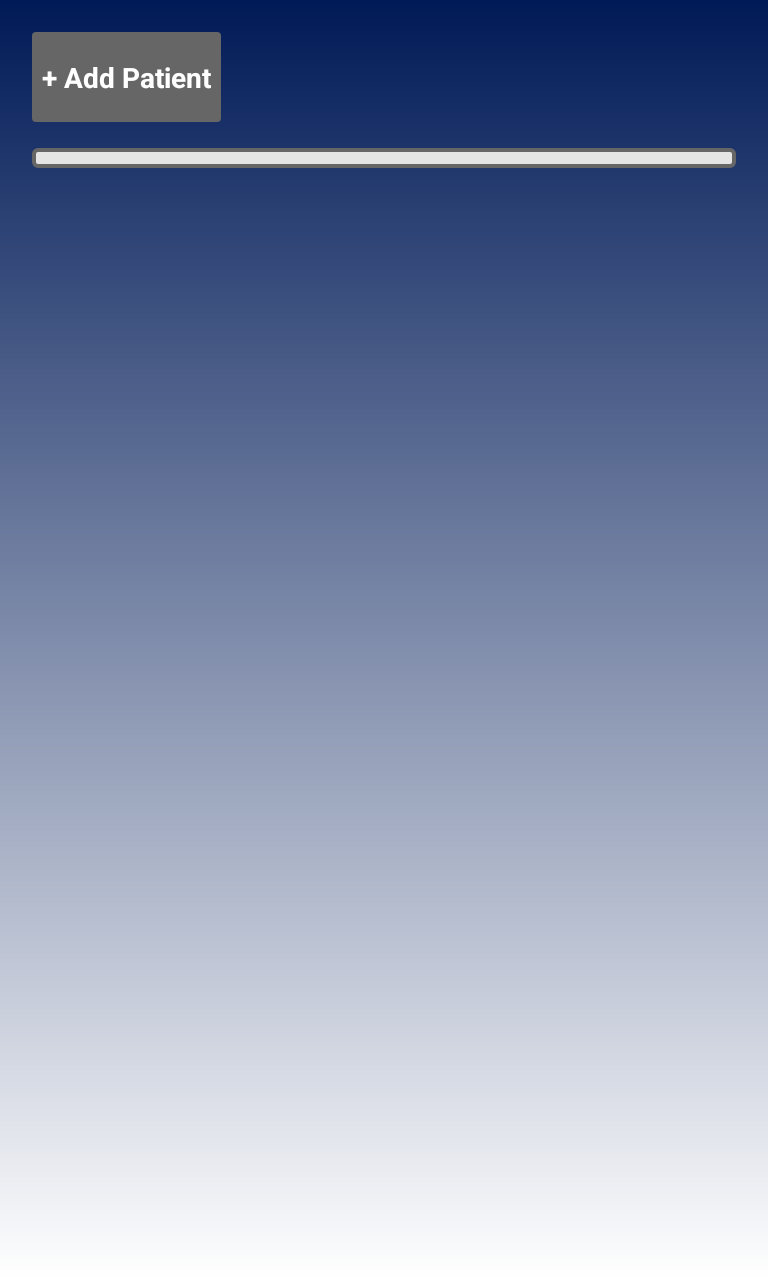
Repository: duke-compsci408-fall2014/GlassRx
Layout: AndroidRx/res/layout/activity_patient_list.xml
The author's editor kept a copy of each file at every save. The layout is drawn from the files as they stood at one save, then again after a run of saves.
It is drawn on a 768 x 1280 px phone screen (xhdpi) without system bars, with theme AppTheme; the app's code is not run. Lists and similar views that code fills are empty. The app's manifest (not shown) leaves right-to-left support off. So textAlignment, textDirection and layoutDirection are ignored, and left and right values win over start and end ones.

Above is the layout before, as saved 2014-12-09 20:05:08.

### AndroidRx/res/layout/activity_patient_list.xml
<RelativeLayout xmlns:android="http://schemas.android.com/apk/res/android"
    xmlns:tools="http://schemas.android.com/tools"
    android:layout_width="match_parent"
    android:layout_height="match_parent"
    android:paddingBottom="@dimen/activity_vertical_margin"
    android:paddingLeft="@dimen/activity_horizontal_margin"
    android:paddingRight="@dimen/activity_horizontal_margin"
    android:paddingTop="@dimen/activity_vertical_margin"
    tools:context="com.compsci408.androidrx.provider.PatientListActivity" >

    <SearchView
        android:id="@+id/search_patient"
        android:layout_width="match_parent"
        android:layout_height="wrap_content" >
    </SearchView>

    <Button
        android:id="@+id/button_add_patient"
        android:layout_width="wrap_content"
        android:layout_height="wrap_content"
        android:text="@string/add_patient" />

    <ListView
        android:id="@+id/listview_patients"
        android:layout_width="match_parent"
        android:layout_height="wrap_content"
        android:layout_alignParentLeft="true"
        android:layout_alignParentStart="true"
        android:layout_marginTop="10dp"
        android:layout_below="@+id/search_patient" >

    </ListView>

</RelativeLayout>

### AndroidRx/res/drawable/gradient_background.xml
<?xml version="1.0" encoding="utf-8"?>
<shape xmlns:android="http://schemas.android.com/apk/res/android" >
    <gradient
            android:angle="90"
            android:endColor="@color/duke_blue"
            android:startColor="@color/white"
            android:type="linear" >
     </gradient>
</shape>

### AndroidRx/res/values/colors.xml
<?xml version="1.0" encoding="utf-8"?>
<resources>

    <item name="black" type="color">#FF000000</item>
    <item name="white" type="color">#FFFFFFFF</item>
    <item name="duke_blue" type="color">#FF001A57</item>
    <item name="dark_gray" type="color">#FF666666</item>
    <item name="light_gray" type="color">#FFE5E5E5</item>
    <item name="red" type="color">#FFFF0000</item>

    <integer-array name="colors">
        <item>@color/black</item>
        <item>@color/white</item>
        <item>@color/duke_blue</item>
        <item>@color/dark_gray</item>
        <item>@color/light_gray</item>
        <item>@color/red</item>
    </integer-array>

</resources>

### AndroidRx/res/drawable/custom_listview.xml
<?xml version="1.0" encoding="utf-8"?>
<shape xmlns:android="http://schemas.android.com/apk/res/android" >

    <solid android:color="@color/light_gray"/>
    <stroke android:color="@color/dark_gray" android:width="2dp" />
    <corners
     	android:bottomRightRadius="2dp"
     	android:bottomLeftRadius="2dp"
  		android:topLeftRadius="2dp"
  		android:topRightRadius="2dp"/>
</shape>

### AndroidRx/res/drawable/custom_spinner.xml
<?xml version="1.0" encoding="UTF-8"?>
<shape xmlns:android="http://schemas.android.com/apk/res/android" >
    <solid android:color="@color/white" />
    <stroke
        android:width="1dp"
        android:color="@color/dark_gray" />
</shape>

### AndroidRx/res/drawable/custom_edittext.xml
<?xml version="1.0" encoding="utf-8"?>
<shape xmlns:android="http://schemas.android.com/apk/res/android" >

    <solid android:color="@color/white"/>
    <stroke android:color="@color/dark_gray" android:width="2dp" />
    <corners
     	android:bottomRightRadius="2dp"
     	android:bottomLeftRadius="2dp"
  		android:topLeftRadius="2dp"
  		android:topRightRadius="2dp"/>
</shape>

### AndroidRx/res/drawable/custom_button.xml
<?xml version="1.0" encoding="utf-8"?>
<selector xmlns:android="http://schemas.android.com/apk/res/android" >
    <item android:state_selected="true" android:drawable="@drawable/custom_button_selected"/>
    <item android:state_pressed="true" android:drawable="@drawable/custom_button_pressed"/>
    <item android:drawable="@drawable/custom_button_default"/>
</selector>

### AndroidRx/res/drawable/custom_button_selected.xml
<?xml version="1.0" encoding="utf-8"?>
<shape xmlns:android="http://schemas.android.com/apk/res/android" >

    <solid android:color="#FF333333"/>
    <corners android:radius="2dp" />

</shape>

### AndroidRx/res/drawable/custom_button_pressed.xml
<?xml version="1.0" encoding="utf-8"?>
<shape xmlns:android="http://schemas.android.com/apk/res/android" >

    <solid android:color="#66666666"/>
    <corners android:radius="2dp" />

</shape>

### AndroidRx/res/drawable/custom_button_default.xml
<?xml version="1.0" encoding="utf-8"?>
<shape xmlns:android="http://schemas.android.com/apk/res/android" >

    <solid android:color="@color/dark_gray"/>
    <corners android:radius="2dp"/>

</shape>

### AndroidRx/res/values/strings.xml
<?xml version="1.0" encoding="utf-8"?>
<resources>

    <string name="app_name">AndroidRx</string>
    <string name="hello_world">Hello world!</string>
    <string name="action_settings">Settings</string>
    <string name="action_logout">Log Out</string>
    <string name="androidrx">AndroidRx</string>
    <string name="add_med">+ Add Events</string>
    <string name="add_patient">+ Add Patient</string>
    <string name="new_med">New Medication</string>
    <string name="enter_med_name">Medication Name</string>
    <string name="medication_icon">Medication Icon</string>
    <string name="duke_logo">Duke Logo</string>
    <string name="set_day_time">Set Day and Time</string>
    <string name="set">Set</string>
    <string name="cancel">Cancel</string>
    <string name="new_prescription">New</string>
    <string name="repeat">Repeat</string>
    <string name="weeks">Weeks</string>
    <string name="select_date">Select a Date</string>
    <string name="dose_quantity">Dose</string>
    <string name="enter_dose_description">Description, e.g. \'Pill\', \'Drop\'</string>

    <string-array name="repeat_interval_list">
        <item>Daily</item>
        <item>Weekly</item>
    </string-array>
    <string-array name="repeat_interval_labels_list">
        <item>Days</item>
        <item>Weeks</item>
    </string-array>

    <!-- For testing purposes only; remove when real data is available -->
    <string-array name="patient_list">
        <item>Eli Manning</item>
        <item>Vincent Wang</item>
    </string-array>
    <string-array name="med_list">
        <item>Sertraline Hydrochloride</item>
        <item>Acetaminophen</item>
        <item>Monopril</item>
    </string-array>
    <string-array name="alarm_array">
        <item>Thursday, 11&#8211;6&#8211;2014, 9:00AM</item>
        <item>Thursday, 11&#8211;13&#8211;2014, 9:00AM</item>
        <item>Thursday, 11&#8211;20&#8211;2014, 9:00AM</item>
    </string-array>
    <string-array name="med_details_array">
        <item>Purpose:  Multivitamin</item>
        <item>Side Effects:  Yabba Dabba Diarrhea</item>
        <item>Dose:  1 Tablet</item>
        <item>Schedule:  Thursdays, 9:00AM</item>
    </string-array>

    <string name="title_activity_main">MainActivity</string>
    <string name="title_activity_splash">SplashActivity</string>
    <string name="title_activity_patient_list">Patient List</string>
    <string name="title_activity_patient">Patient Profile</string>
    <string name="title_activity_edit_med">Edit Medication</string>
    <string name="title_activity_new_prescription">New Prescription</string>
    <string name="title_activity_medication">Medication Details</string>
    <string name="med_name">Name:</string>
    <string name="med_purpose">Purpose:</string>
    <string name="med_side_effects">Side Effects:</string>
    <string name="done">Done</string>
    <string name="add_time">+ Add Time</string>
    <string name="title_activity_med_info">Med Info Activity</string>
    <string name="title_activity_picture">PictureActivity</string>
    <string name="monday">Monday</string>
    <string name="tuesday">Tuesday</string>
    <string name="wednesday">Wednesday</string>
    <string name="thursday">Thursday</string>
    <string name="friday">Friday</string>
    <string name="saturday">Saturday</string>
    <string name="sunday">Sunday</string>
    <string name="morning">Morning</string>
    <string name="afternoon">Afternoon</string>
    <string name="evening">Evening</string>
    <string name="time_of_day">Select time of day</string>
    <string name="title_activity_provider_medication">Medication Info</string>
    <string name="title_activity_patient_new_prescriptions">New Prescriptions</string>
    <string name="title_activity_patient_profile">My Profile</string>
    <string name="title_activity_patient_set_schedule">PatientSetScheduleActivity</string>

</resources>

Loaded but not shown: AndroidRx/res/values/styles.xml (common file); AndroidRx/res/values-v11/styles.xml (common file); AndroidRx/res/values-v14/styles.xml (common file); AndroidRx/res/values/dimens.xml (common file); AndroidRx/res/values-w820dp/dimens.xml (common file)

After the next 2 saves:
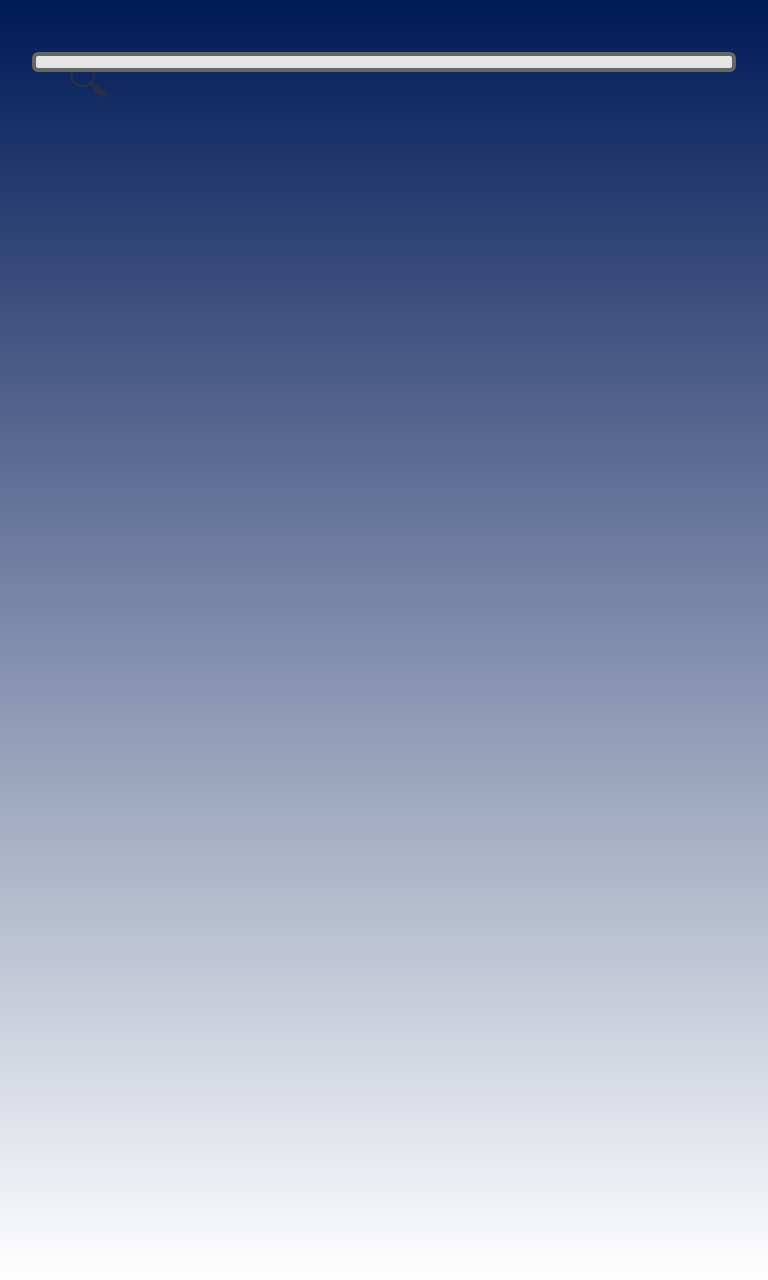
The 2 saves are shown as one change because 1 did not build or start.
The last was saved 68 s later.
--- a/AndroidRx/res/layout/activity_patient_list.xml
+++ b/AndroidRx/res/layout/activity_patient_list.xml
@@ -8,17 +8,25 @@
     android:paddingTop="@dimen/activity_vertical_margin"
     tools:context="com.compsci408.androidrx.provider.PatientListActivity" >
 
-    <SearchView
-        android:id="@+id/search_patient"
+    <LinearLayout
         android:layout_width="match_parent"
-        android:layout_height="wrap_content" >
-    </SearchView>
+        android:layout_height="wrap_content"
+        android:weightSum="2"
+        android:orientation="horizontal">
 
-    <Button
-        android:id="@+id/button_add_patient"
-        android:layout_width="wrap_content"
-        android:layout_height="wrap_content"
-        android:text="@string/add_patient" />
+        <SearchView
+	        android:id="@+id/search_patient"
+	        android:layout_width="match_parent"
+	        android:layout_height="wrap_content" >
+	    </SearchView>
+
+	    <Button
+	        android:id="@+id/button_add_patient"
+	        android:layout_width="wrap_content"
+	        android:layout_height="wrap_content"
+	        android:text="@string/add_patient" />
+
+    </LinearLayout>
 
     <ListView
         android:id="@+id/listview_patients"
